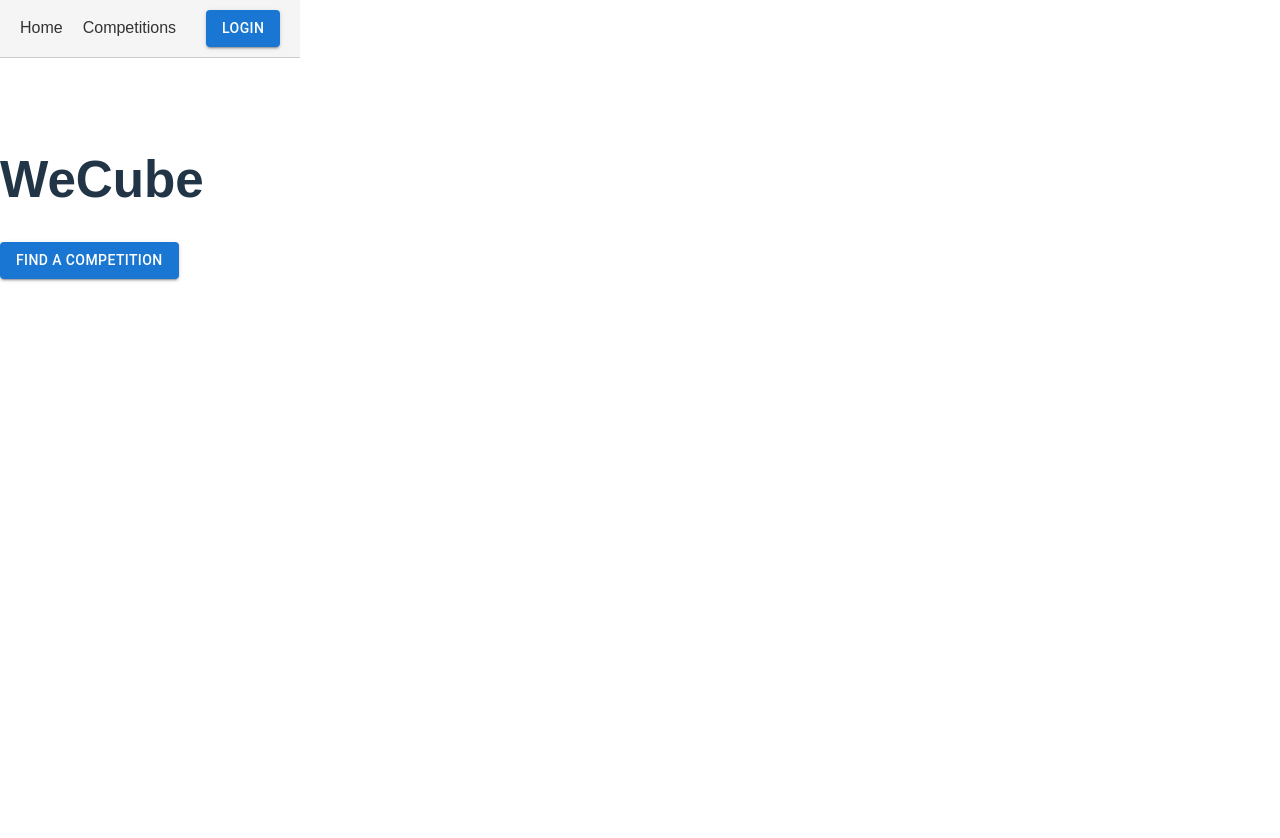
Repository: BWei22/wecube
Page: /
The author's editor kept a copy of each file at every save. The page is drawn from the files as they stood at one save, then again after the next save.
The browser window is 1280 px wide. The pictures show the whole page.
The project was rebuilt for these pictures with package versions that can differ from the ones it lists, and the page was loaded fresh each time. Also part of the build but not shown: vite.config.js, src/pages/Competitions.css, src/pages/Competitions.jsx, src/pages/Listings.css, src/pages/Listings.jsx, src/pages/CreateListing.jsx, src/pages/ListingDetails.css, src/pages/ListingDetails.jsx and 11 more.

Above is the page before, as saved 2024-08-02 01:15:48.

After the next save:
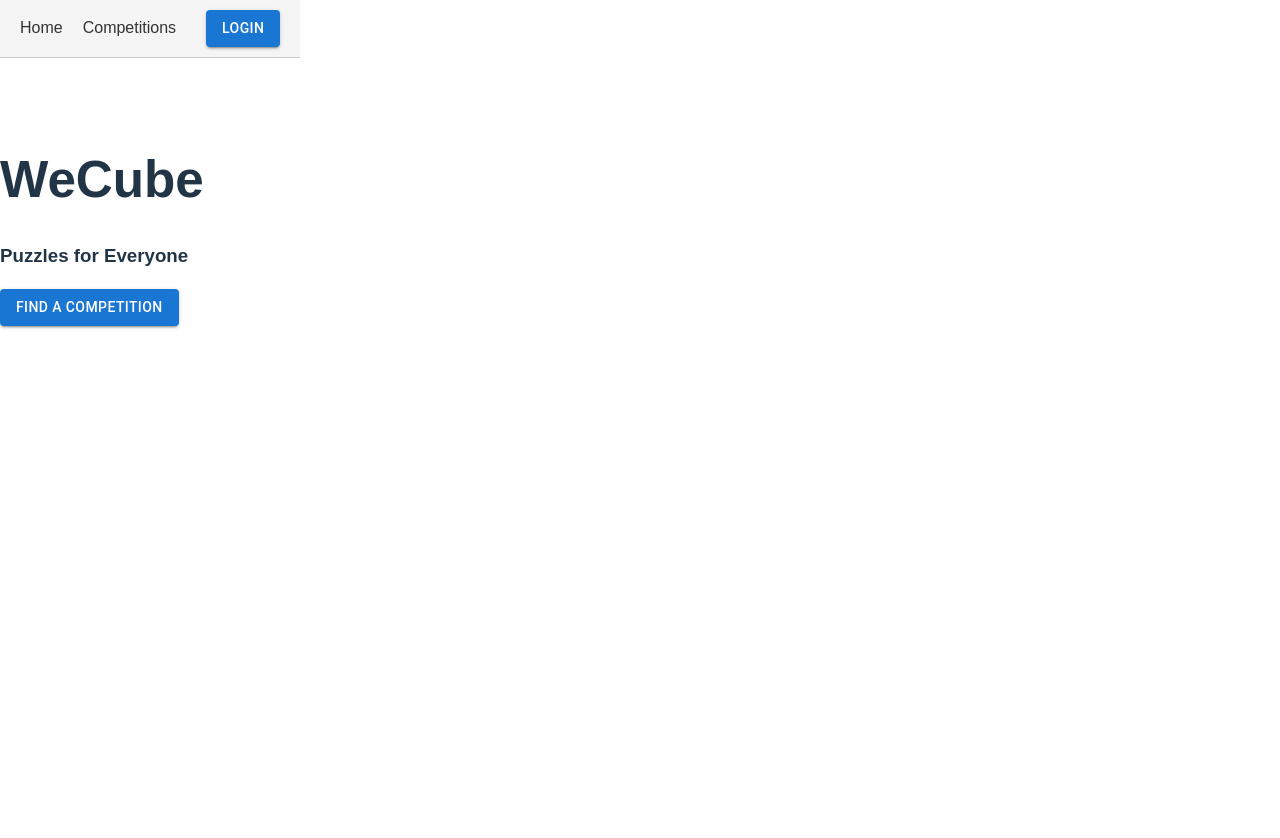
Saved 9 s later.
--- a/src/pages/Home.jsx
+++ b/src/pages/Home.jsx
@@ -13,7 +13,7 @@ const Home = () => {
   return (
     <div className="home">
       <h1>WeCube</h1>
-
+      <h3>Puzzles for Everyone</h3>
       <Button variant="contained" color="primary" onClick={handleFindCompetition}>
         Find a Competition
       </Button>
